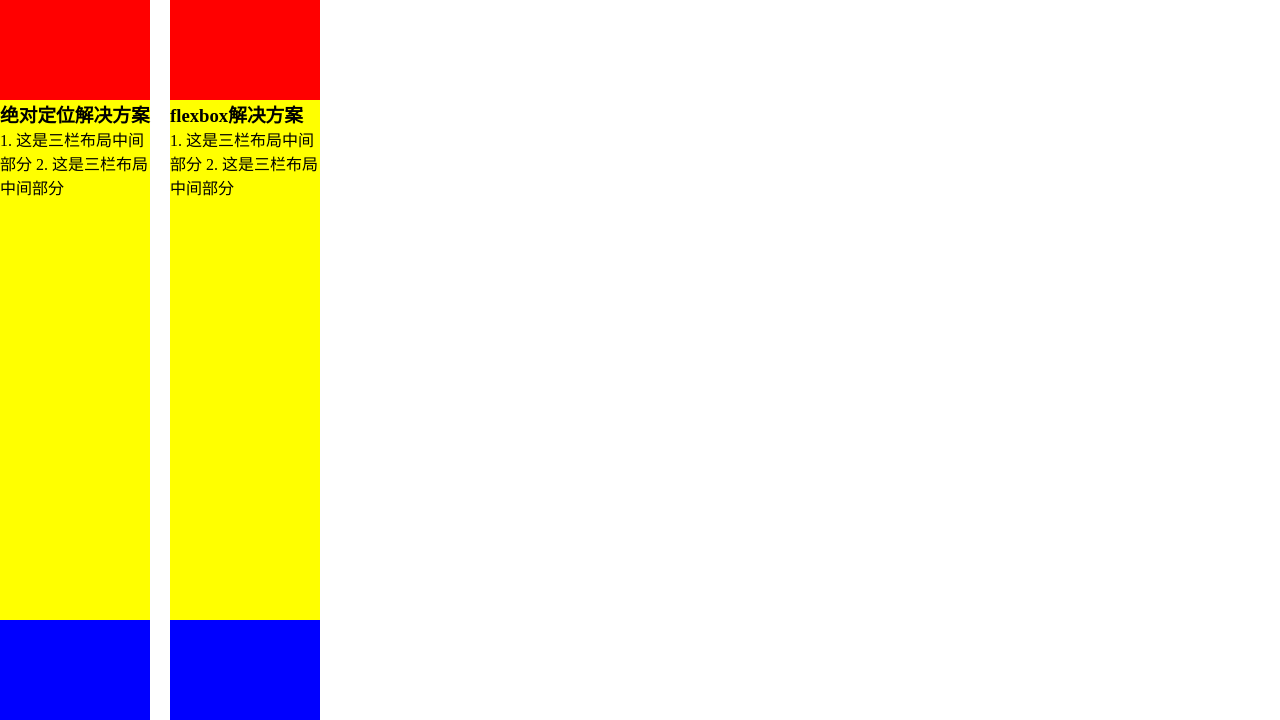
Repository: Qianfane/Blog
Page: 面试相关/测试/1-2、三栏布局-上中下.html
The author's editor kept a copy of each file at every save. The page is drawn from the files as they stood at one save, then again after the next save.
The browser window is 1280 px wide. The pictures show the whole page.

Above is the page before, as saved 2022-01-02 18:57:29.

### 面试相关/测试/1-2、三栏布局-上中下.html
<!DOCTYPE html>
<html lang="en">
<head>
    <meta charset="UTF-8">
    <meta http-equiv="X-UA-Compatible" content="IE=edge">
    <meta name="viewport" content="width=device-width, initial-scale=1.0">
    <title>1-2、三栏布局-上中下</title>
    <style>
        html * {
            padding: 0;
            margin: 0;
        }
        html {
            height: 100%;
        }
        body {
            height: 100%;
            display: flex;
        }
        .layout {
            margin-right: 20px;
            height: 100%;
        }
        .layout article div {
            width: 150px;
        }
    </style>
</head>
<body>
    <!-- 绝对定位解决方案 -->
    <section class="layout absolute">
        <style>
            .layout.absolute .top {
                position: absolute;
                top: 0;
                height: 100px;
                background: red;
            }
            .layout.absolute .center {
                position: absolute;
                top: 100px;
                bottom: 100px;
                background: yellow;
            }
            .layout.absolute .bottom {
                position: absolute;
                bottom: 0;
                height: 100px;
                background: blue;
            }
        </style>
        <article class="top-center-bottom">
            <div class="top"></div>
            <div class="center">
                <h1>绝对定位解决方案</h1>
                1. 这是三栏布局中间部分
                2. 这是三栏布局中间部分
            </div>
            <div class="bottom"></div>
        </article>
    </section>

    <!-- flexbox解决方案 -->
    <section class="layout flexbox">
        <style>
            .layout.flexbox .top-center-bottom {
                height: 100%;
                margin-left: 150px;

                display: flex;
                flex-direction: column;
            }
            .layout.flexbox .top {
                height: 100px;
                background: red;
            }
            .layout.flexbox .center {
                flex: 1;
                background: yellow;
            }
            .layout.flexbox .bottom {
                height: 100px;
                background: blue;
            }
        </style>
        <article class="top-center-bottom">
            <div class="top"></div>
            <div class="center">
                <h1>flexbox解决方案</h1>
                1. 这是三栏布局中间部分
                2. 这是三栏布局中间部分
            </div>
            <div class="bottom"></div>
        </article>
    </section>

    <!-- 表格布局解决方案 -->


</body>
</html>

After the next save:
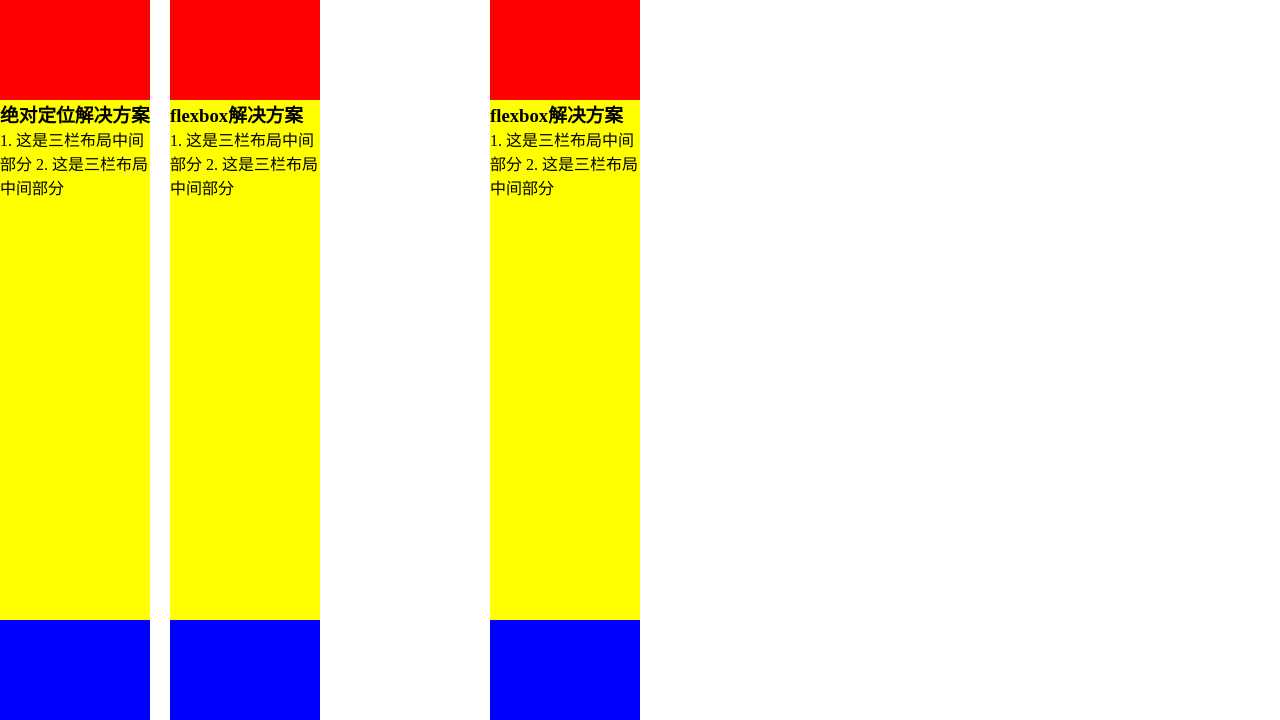
Saved 21 s later.
--- a/面试相关/测试/1-2、三栏布局-上中下.html
+++ b/面试相关/测试/1-2、三栏布局-上中下.html
@@ -95,6 +95,38 @@
     </section>
 
     <!-- 表格布局解决方案 -->
+    <section class="layout flexbox">
+        <style>
+            .layout.flexbox .top-center-bottom {
+                height: 100%;
+                margin-left: 150px;
+
+                display: flex;
+                flex-direction: column;
+            }
+            .layout.flexbox .top {
+                height: 100px;
+                background: red;
+            }
+            .layout.flexbox .center {
+                flex: 1;
+                background: yellow;
+            }
+            .layout.flexbox .bottom {
+                height: 100px;
+                background: blue;
+            }
+        </style>
+        <article class="top-center-bottom">
+            <div class="top"></div>
+            <div class="center">
+                <h1>flexbox解决方案</h1>
+                1. 这是三栏布局中间部分
+                2. 这是三栏布局中间部分
+            </div>
+            <div class="bottom"></div>
+        </article>
+    </section>
 
 
 </body>

After the save that followed:
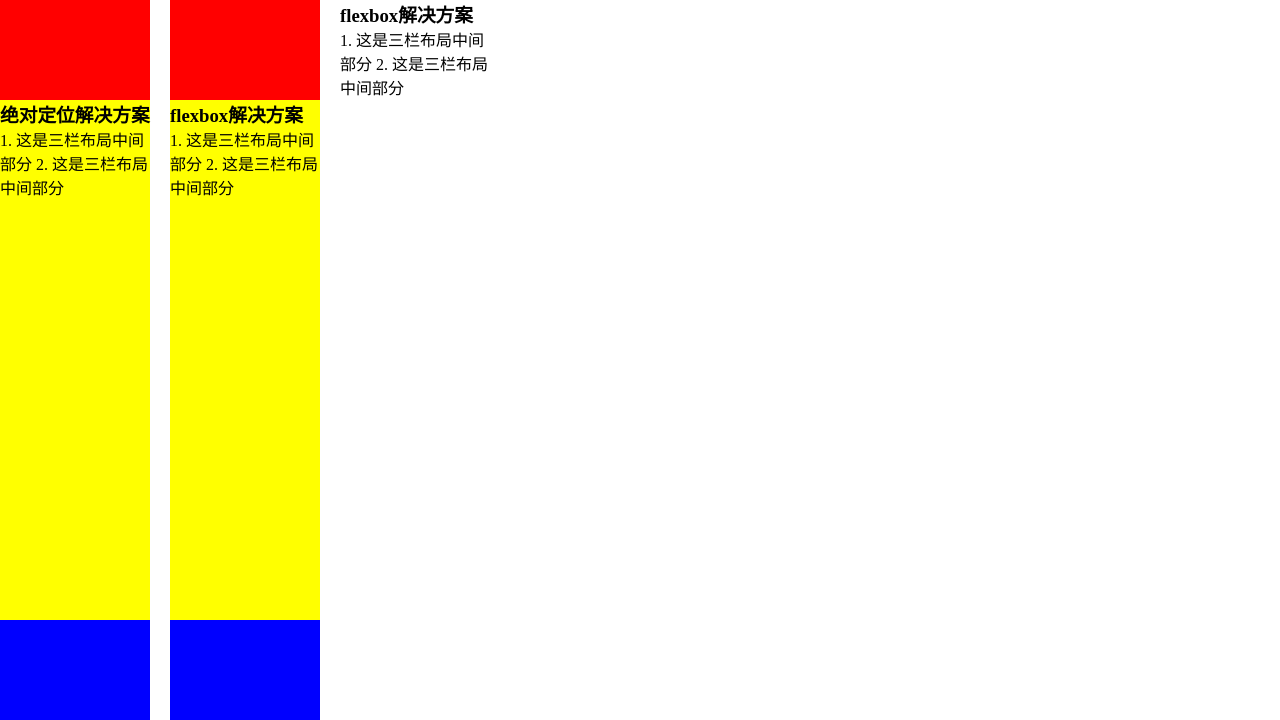
Saved 6 s later.
--- a/面试相关/测试/1-2、三栏布局-上中下.html
+++ b/面试相关/测试/1-2、三栏布局-上中下.html
@@ -95,7 +95,7 @@
     </section>
 
     <!-- 表格布局解决方案 -->
-    <section class="layout flexbox">
+    <section class="layout table">
         <style>
             .layout.flexbox .top-center-bottom {
                 height: 100%;
